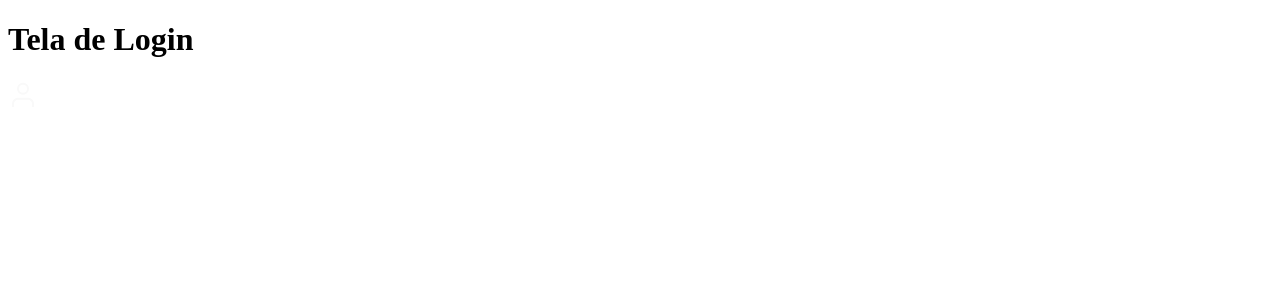
Repository: Leonngc/streaming-project
Page: index.html
These files come from the project's save history. The page is drawn as it stood at one moment and after the next save; the edit follows.
The browser window is 1280 px wide. The pictures show the whole page.

Above is the page before, as saved 2023-09-01 12:08:53.

After the next save:
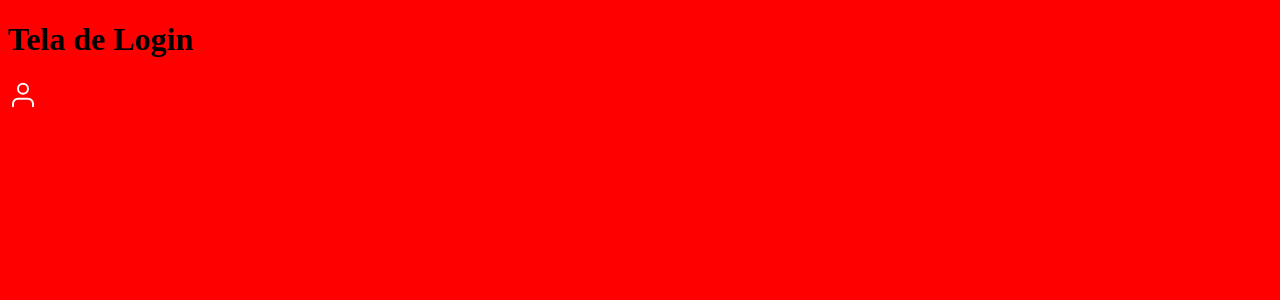
Saved 7 s later.
--- a/index.html
+++ b/index.html
@@ -5,7 +5,9 @@
     <meta name="viewport" content="width=device-width, initial-scale=1.0">
     <title>Tela de Login</title>
     <style>
-
+        body{
+            background-color: red;
+        }
     </style>
 </head>
 <body>

After the save that followed:
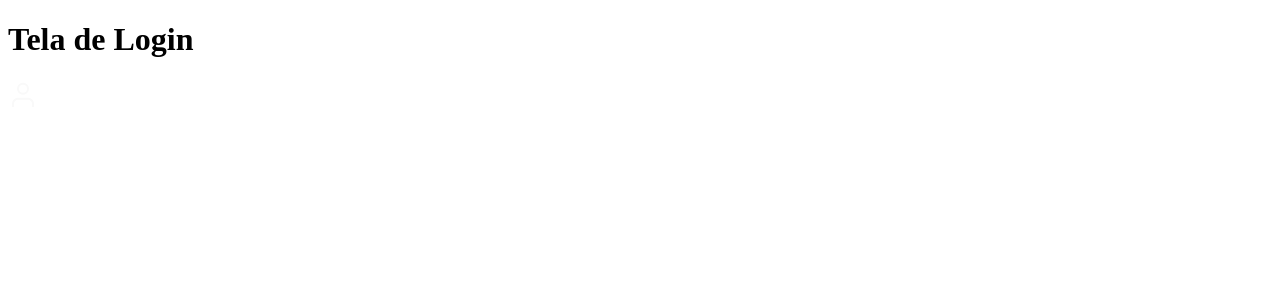
Saved 15 s later.
--- a/index.html
+++ b/index.html
@@ -4,11 +4,6 @@
     <meta charset="UTF-8">
     <meta name="viewport" content="width=device-width, initial-scale=1.0">
     <title>Tela de Login</title>
-    <style>
-        body{
-            background-color: red;
-        }
-    </style>
 </head>
 <body>
     <h1>Tela de Login</h1>
